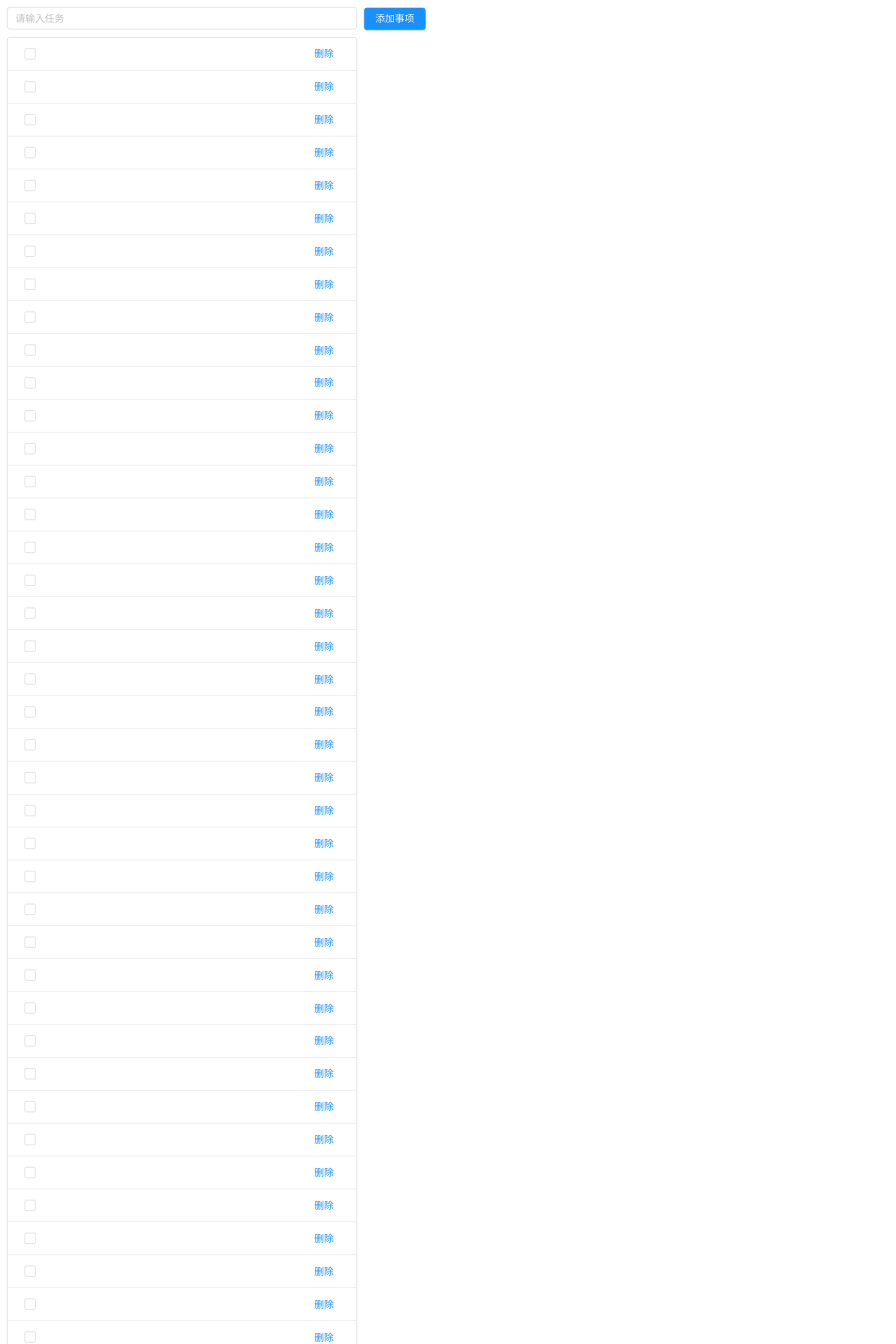
Repository: hnwj/todo
Page: /
An editor plug-in stored every save of this project. The page is shown before and after the next save, followed by the edit.
The browser window is 1280 px wide. The pictures show the part of the page from y = 0 to 1920 px (the page is 20049 px tall before and 720 px after), at 70% of full size.
The project was rebuilt for these pictures with package versions that can differ from the ones it lists, and the page was loaded fresh each time. Also part of the build but not shown: vue.config.js.

Above is the page before, as saved 2022-10-11 19:36:20.

### src/main.js
import Vue from 'vue'
import App from './App.vue'
import store from './store'
import axios from 'axios'

// 1、导入ant-design-vue 组件库
import Antd from 'ant-design-vue'

// 2、导入组件库的样式表
import 'ant-design-vue/dist/antd.css'

Vue.config.productionTip = false
// 3、安装组件库
Vue.use(Antd)

new Vue({
  store,
  axios,
  render: h => h(App)
}).$mount('#app')

### src/App.vue
<template>
  <div id="app">
    <a-input placeholder="请输入任务" class="my_ipt" />
    <a-button type="primary">添加事项</a-button>

    <a-list bordered :dataSource="list" class="dt_list">
      <a-list-item slot="renderItem" slot-scope="item">
        <!-- 复选框 -->
        <a-checkbox>{{ item.info }}</a-checkbox>
        <!-- 删除链接 -->
        <a slot="actions">删除</a>
      </a-list-item>

      <!-- footer区域 -->
      <div class="footer" slot="footer">
        <span>0条剩余</span>
        <a-button-group>
          <a-button type="primary">全部</a-button>
          <a-button>未完成</a-button>
          <a-button>已完成</a-button>
        </a-button-group>
        <a>清除已完成</a>
      </div>
    </a-list>
  </div>
</template>
<script>
import { mapState } from 'vuex'
export default {
  name: 'app',
  data () {
    return {

    }
  },
  created () {
    this.$store.dispatch('getList')
  },
  computed: {
    ...mapState(['list'])
  }
}
</script>
<style scoped>
#app {
  padding: 10px;
}
.my_ipt {
  width: 500px;
  margin-right: 10px;
}
.dt_list {
  width: 500px;
  margin-top: 10px;
}
.footer {
  display: flex;
  justify-content: space-between;
  align-items: center;
}
</style>

### src/store/index.js
import axios from 'axios'
import Vue from 'vue'
import Vuex from 'vuex'

Vue.use(Vuex)

export default new Vuex.Store({
  state: {
    // 所有的任务列表
    list: []
  },
  getters: {
  },
  mutations: {
    initList (state, list) {
      state.list = list
    }
  },
  actions: {
    getList (context) {
      axios.get('/list.json').then(({ data }) => {
        console.log(data)
        context.commit('initList', data)
      })
    }
  },
  modules: {
  }
})

### public/list.json
[{
  "id": 0,
  "info": "Racing car sprays burning fuel into crowd.",
  "done": false
},
{
  "id": 1,
  "info": " Japanese princess to wed commoner.",
  "done": false
},
{
  "id": 2,
  "info": "Australian walks 100km after outback crash.",
  "done": false
},
{
  "id": 3,
  "info": "Man charged over missing wedding girl.",
  "done": false
},
{
  "id": 4,
  "info": "Los Angeles battles huge wildfires.",
  "done": false
}

Loaded but not shown: public/index.html (common file)

After the next save:
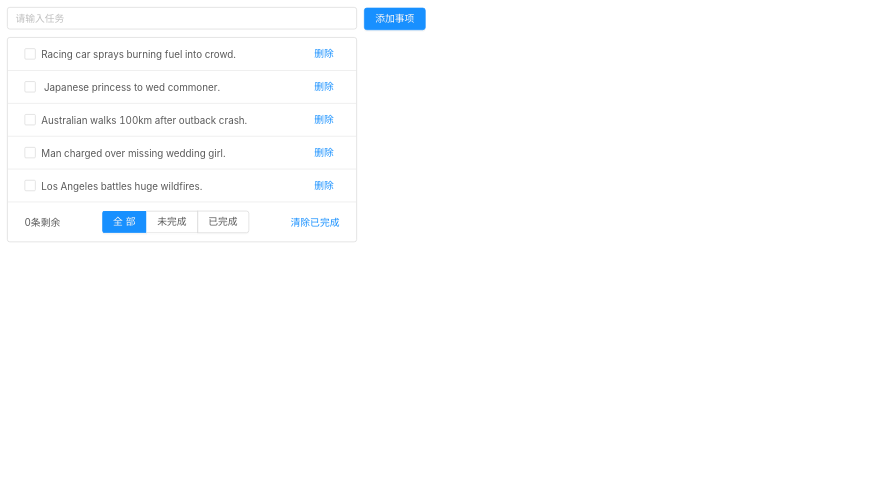
Saved 4 s later.
--- a/public/list.json
+++ b/public/list.json
@@ -22,4 +22,4 @@
   "id": 4,
   "info": "Los Angeles battles huge wildfires.",
   "done": false
-}
+}]
